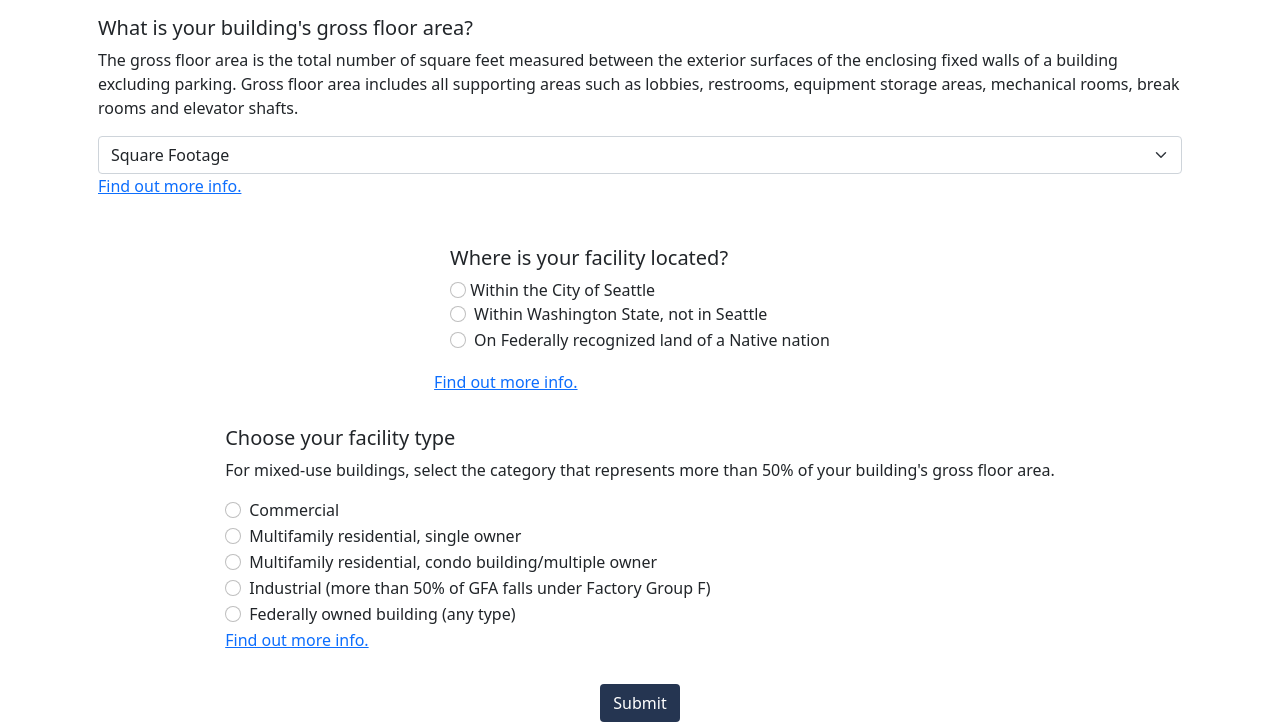
Repository: ChaidGPT/SershonSystemsQuiz
Page: index.html
These files come from the project's save history. The page is drawn as it stood at one moment and after the next save; the edit follows.
The browser window is 1280 px wide. The pictures show the whole page.

Above is the page before, as saved 2023-07-07 11:41:59.

After the next save:
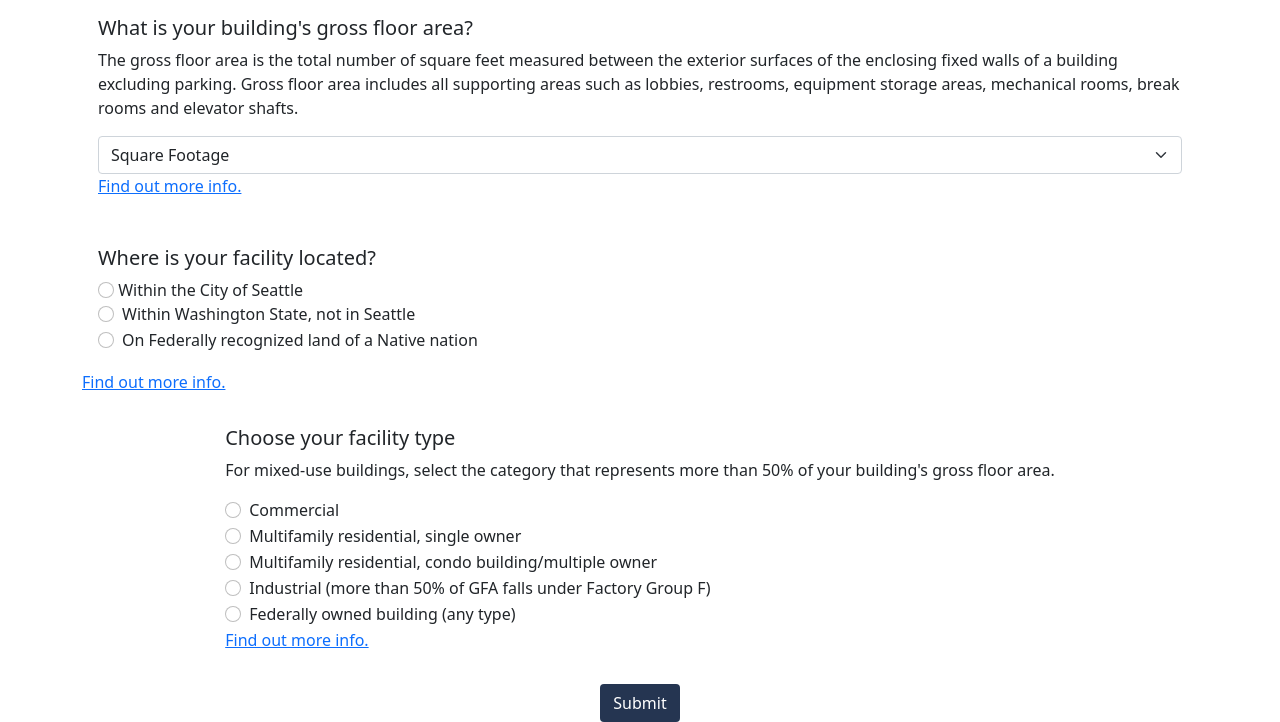
Saved 105 s later.
--- a/index.html
+++ b/index.html
@@ -29,8 +29,8 @@
 
 		<!-- Question 1 Card -->
 		<div class="row">
-			<div class="card-column text-start">
-				<div class="card-column">
+			<div class="card-column">
+				<div class="card-column align-items-start">
 					<div class="card mb-3">
 						<div class="card-body">
 							<h5 class="card-title">What is your building's gross floor area?</h5>

After the 3 saves that followed:
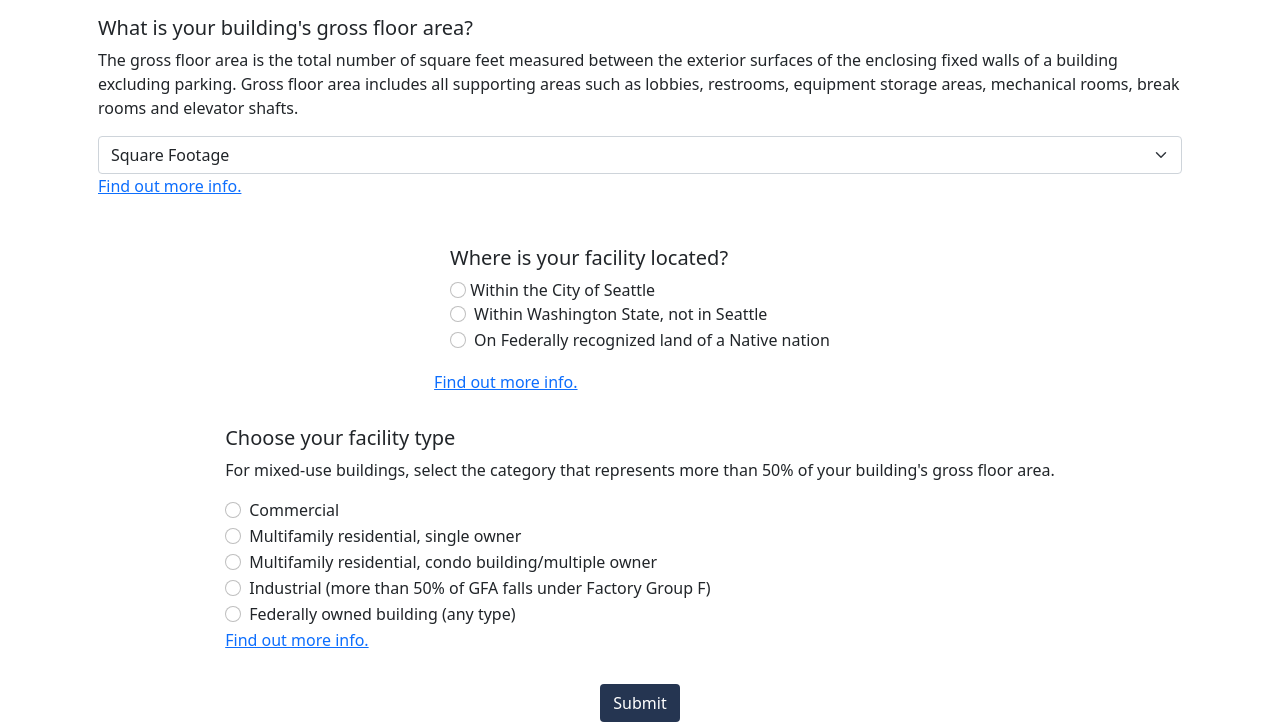
The 3 saves are shown as one change because 2 left the picture as it was.
The last was saved 10 min 7 s later.
--- a/index.html
+++ b/index.html
@@ -30,7 +30,7 @@
 		<!-- Question 1 Card -->
 		<div class="row">
 			<div class="card-column">
-				<div class="card-column align-items-start">
+				<div class="card-column align-items-st">
 					<div class="card mb-3">
 						<div class="card-body">
 							<h5 class="card-title">What is your building's gross floor area?</h5>
